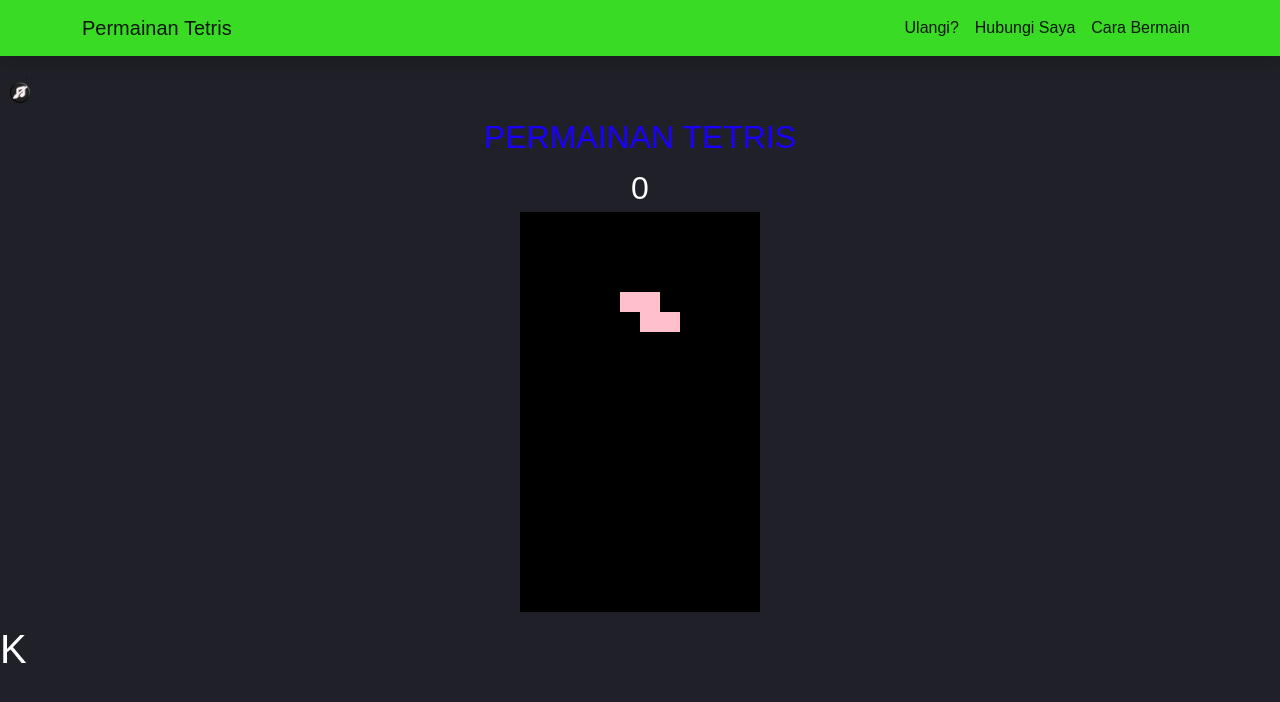
Repository: GwendiWisnuAnggoro/GwendiWisnuAnggoro.github.io
Page: Bahasa Indonesia/game/Tetris/tetris.html
An editor plug-in stored every save of this project. The page is shown before and after a run of saves, followed by the edit.
The browser window is 1280 px wide. The pictures show the whole page.

Above is the page before, as saved 2023-02-07 17:45:59.

After the next 2 saves:
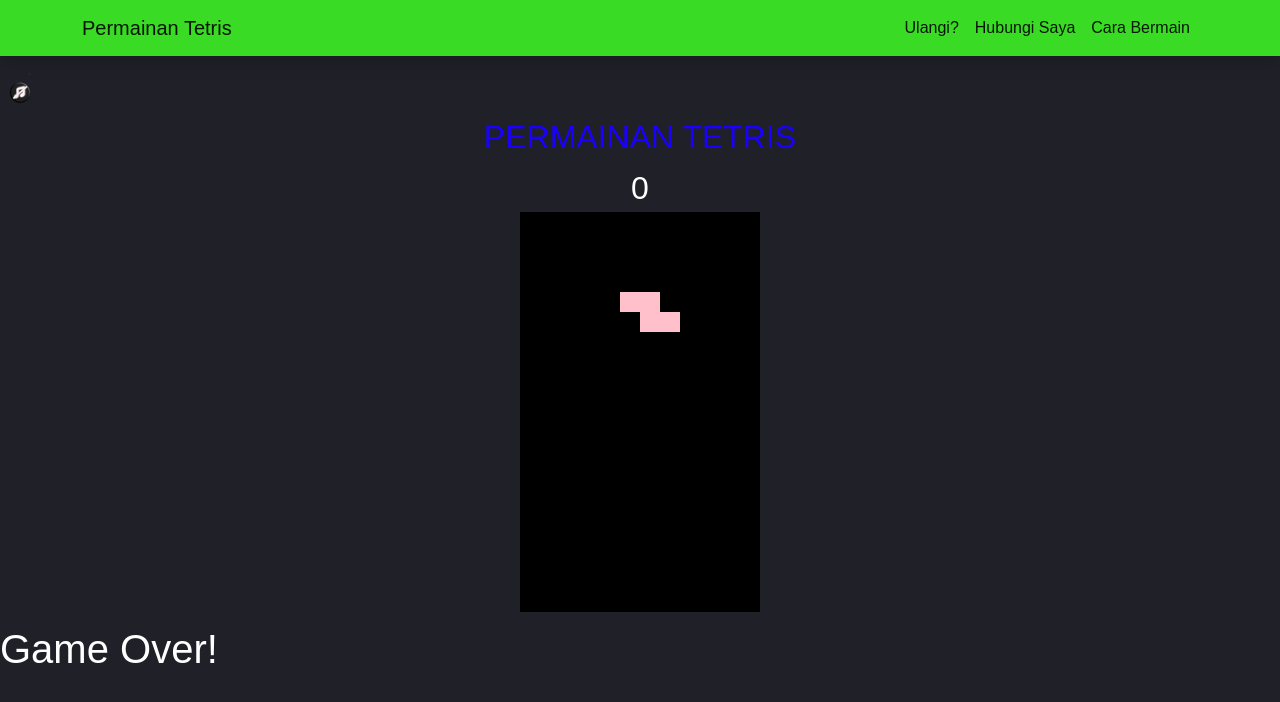
The 2 saves are shown as one change because they came seconds apart.
The last was saved 6 s later.
--- a/Bahasa Indonesia/game/Tetris/tetris.html
+++ b/Bahasa Indonesia/game/Tetris/tetris.html
@@ -49,7 +49,7 @@
 </center>
 
 <section class="Kalah">
- <h1>K</h1>
+ <h1>Game Over!</h1>
 </section>
 <div class="bungkus">
   <button type="button" onclick="" class="btn btn12" id="tmblAtas" >
